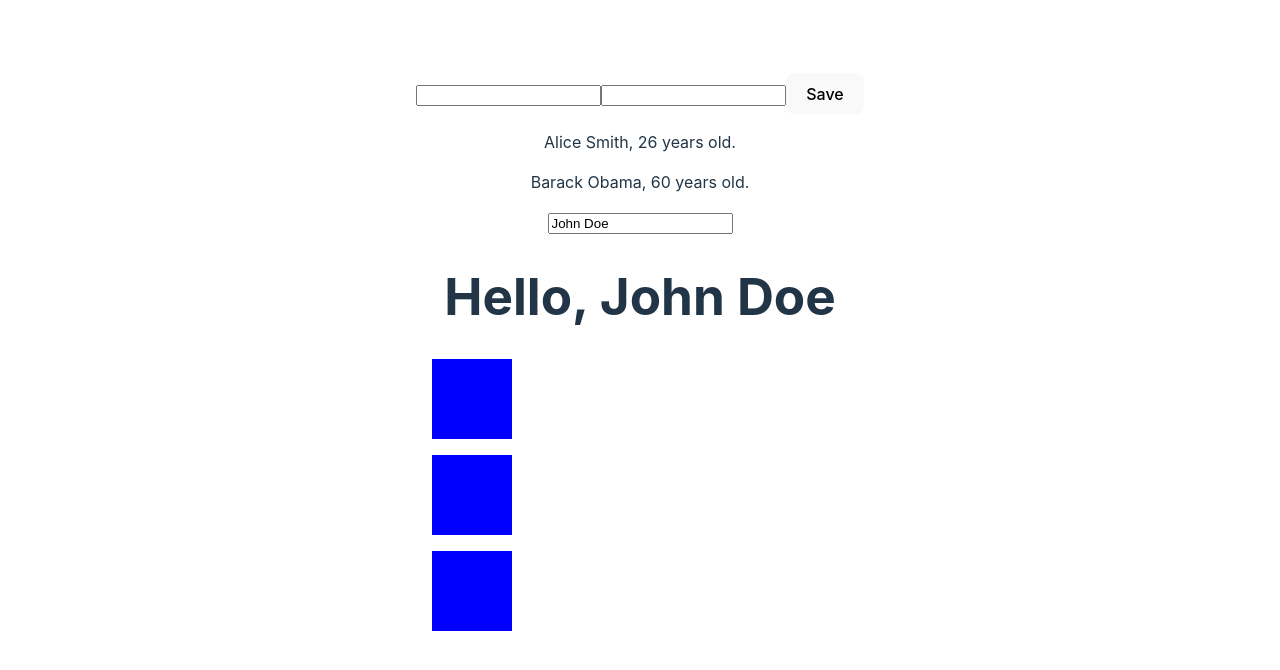
Repository: RonanKhalilOlaes/Olaes_Lab06-07_taskList
Page: /
An editor plug-in stored every save of this project. The page is shown before and after the next save, followed by the edit.
The browser window is 1280 px wide. The pictures show the whole page.
The project was rebuilt for these pictures with package versions that can differ from the ones it lists, and the page was loaded fresh each time. Also part of the build but not shown: vite.config.js.

Above is the page before, as saved 2024-10-22 20:33:28.

### src/App.jsx


// export default App;
// // let variable is...
// //react only renders when props changes or state changes...

import { useState } from 'react';

import './App.css';

const initialStudents = [
  {
    firstname: 'Alice',
    lastname: 'Smith',
    age: 26
  },
  {
    firstname: 'Barack',
    lastname: 'Obama',
    age: 60
  }
];

function App() {

  const [name, setName] = useState('John Doe');

  const [students, setStudents] = useState(initialStudents);

  const studentListUI = students.map((student, index) => (
    <p key={index}>{student.firstname} {student.lastname}, {student.age} years old.</p>
  ));

  function handleKeyDown(e) {
    if (e.key === 'Enter') {
      setName(e.target.value);

      console.log(name);

      e.target.value = '';
    }
  }

  function handleChange(e) {
    setName(e.target.value);
  }

  function addStudent(student) {
    setStudents([...students, student]);
  }

  return (
    <>
      <StudentForm add={addStudent} />
      {studentListUI}
      <input type="text" onKeyDown={handleKeyDown}
        value={name}
        onChange={handleChange}
      />

      <h1>Hello, {name}</h1>
      <Tile />
      <Tile />
      <Tile />
    </>
  );
}

function random(n) {
  return Math.floor(Math.random() * n);
}

function Tile() {
  const [color, setColor] = useState('blue');

  function handleClick() {
    const red = random(255);
    const green = random(255);
    const blue = random(255);

    setColor(`rgb(${red} ${green} ${blue})`);
  }

  return (
    <div
      className="tile"
      style={{ background: color }}
      onClick={handleClick}>

    </div>
  );
}

function StudentForm(props) {
  // state variable for the form
  const [student, setStudent] = useState({
    firstname: '',
    lastname: '',
    age: 0
  });

  function handleSubmit(e) {
    e.preventDefault();
    props.add(student);

    setStudent({
      firstname: '',
      lastname: '',
      age: 0
    });
  }

  return (
    <form onSubmit={handleSubmit}>
      <input type="text" value={student.firstname}
        onChange={(e) => setStudent({ ...student, firstname: e.target.value })} />
      <input type="text" value={student.lastname}
        onChange={(e) => setStudent({ ...student, lastname: e.target.value })} />

      <button>Save</button>
    </form>
  );
}

export default App;

### src/App.css
#root {
  max-width: 1280px;
  margin: 0 auto;
  padding: 2rem;
  text-align: center;
}

.logo {
  height: 6em;
  padding: 1.5em;
  will-change: filter;
  transition: filter 300ms;
}
.logo:hover {
  filter: drop-shadow(0 0 2em #646cffaa);
}
.logo.react:hover {
  filter: drop-shadow(0 0 2em #61dafbaa);
}

@keyframes logo-spin {
  from {
    transform: rotate(0deg);
  }
  to {
    transform: rotate(360deg);
  }
}

@media (prefers-reduced-motion: no-preference) {
  a:nth-of-type(2) .logo {
    animation: logo-spin infinite 20s linear;
  }
}

.card {
  padding: 2em;
}

.read-the-docs {
  color: #888;
}

.tile {
  width: 5em;
  height: 5em;
  margin: 1em;
}

Loaded but not shown: index.html (common file); src/main.jsx (common file); src/index.css (common file)

After the next save:
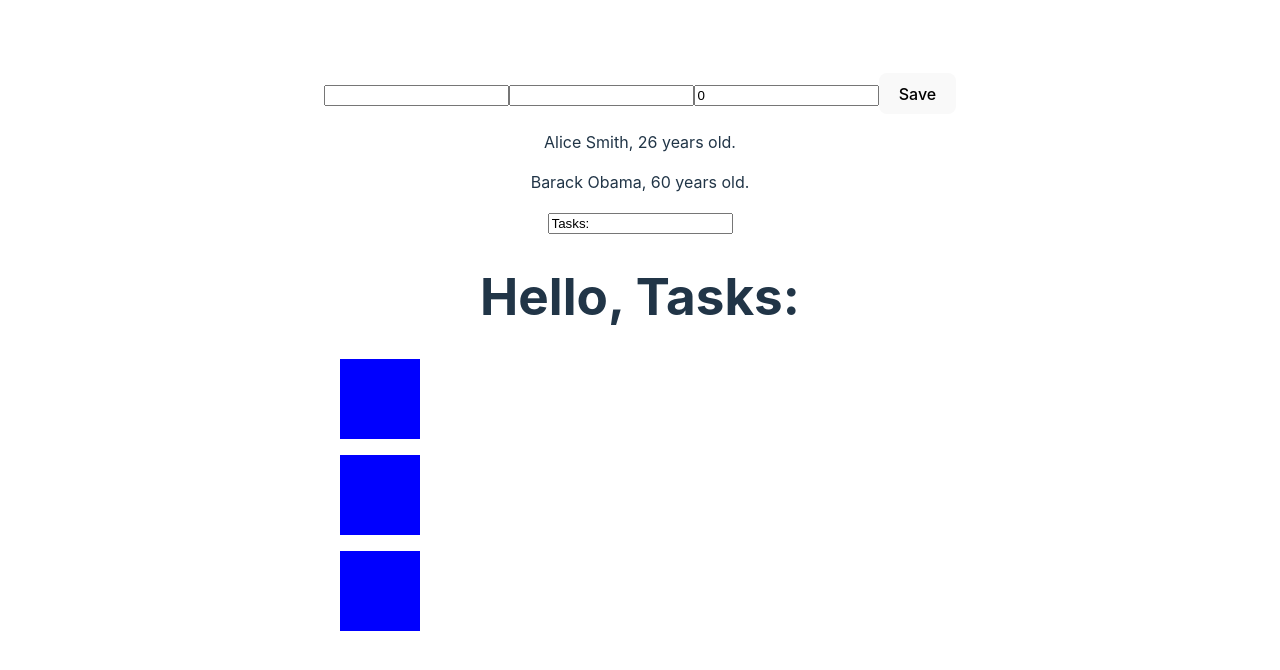
Saved 29 s later.
--- a/src/App.jsx
+++ b/src/App.jsx
@@ -23,7 +23,7 @@ const initialStudents = [
 
 function App() {
 
-  const [name, setName] = useState('John Doe');
+  const [name, setName] = useState('Tasks:');
 
   const [students, setStudents] = useState(initialStudents);
 
@@ -116,7 +116,8 @@ function StudentForm(props) {
         onChange={(e) => setStudent({ ...student, firstname: e.target.value })} />
       <input type="text" value={student.lastname}
         onChange={(e) => setStudent({ ...student, lastname: e.target.value })} />
-
+      <input type="number" value={student.age}
+        onChange={(e) => setStudent({ ...student, age: e.target.value })}/>
       <button>Save</button>
     </form>
   );
